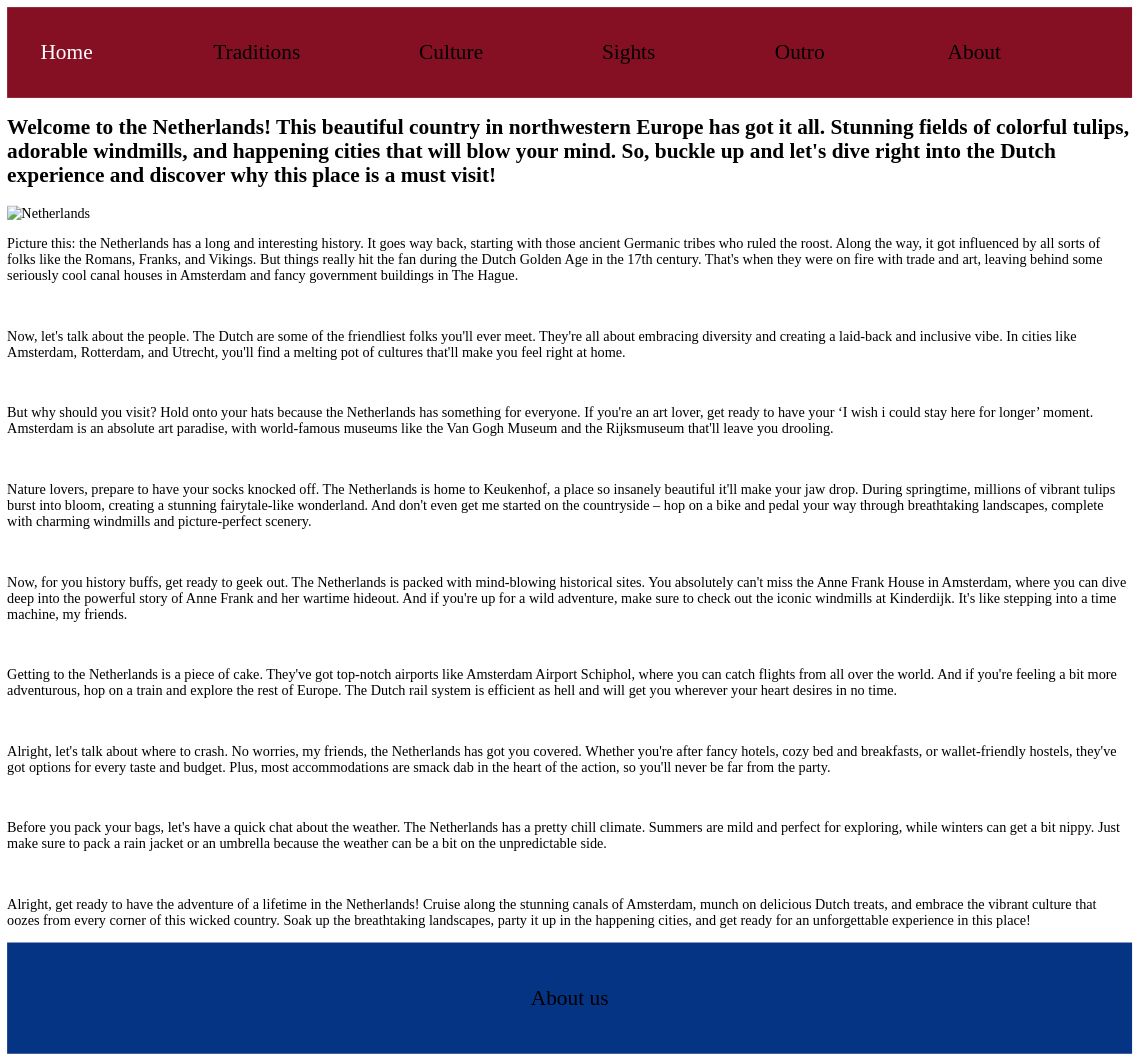
Repository: Cornman63/The-netherlands
Page: html/index.html
These files come from the project's save history. The page is drawn as it stood at one moment and after the next save; the edit follows.
The browser window is 1280 px wide. The pictures show the whole page, at 89% of full size.

Above is the page before, as saved 2023-05-26 12:41:31.

After the next save:
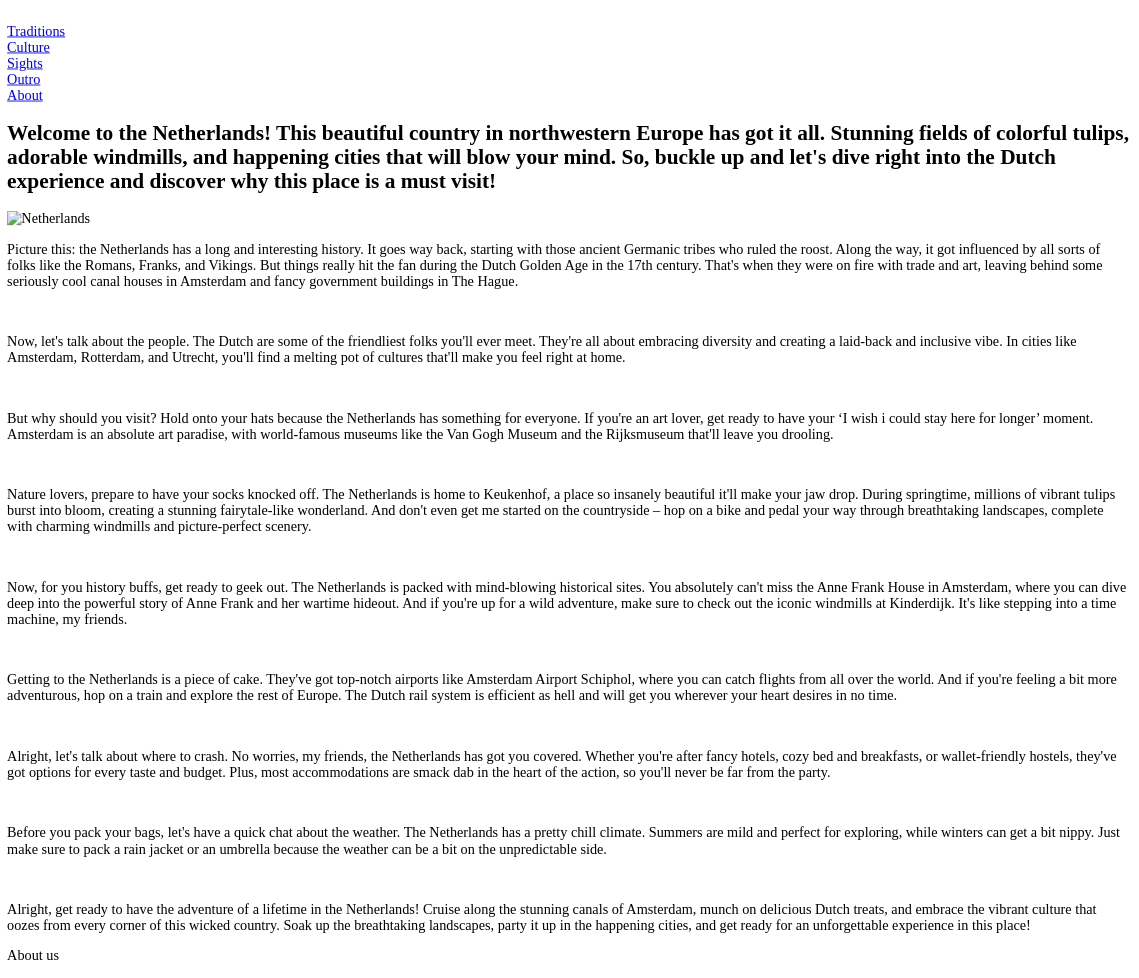
Not found: html/CSS/homepage.css
Saved 119 s later.
--- a/html/index.html
+++ b/html/index.html
@@ -4,7 +4,7 @@
     <meta charset="UTF-8">
     <meta http-equiv="X-UA-Compatible" content="IE=edge">
     <meta name="viewport" content="width=device-width, initial-scale=1.0">
-    <link rel="stylesheet" href="CSS\style.css">
+    <link rel="stylesheet" href=CSS\homepage.css>
     <title>Visit the Netherlands</title>
 
 </head>

After the save that followed:
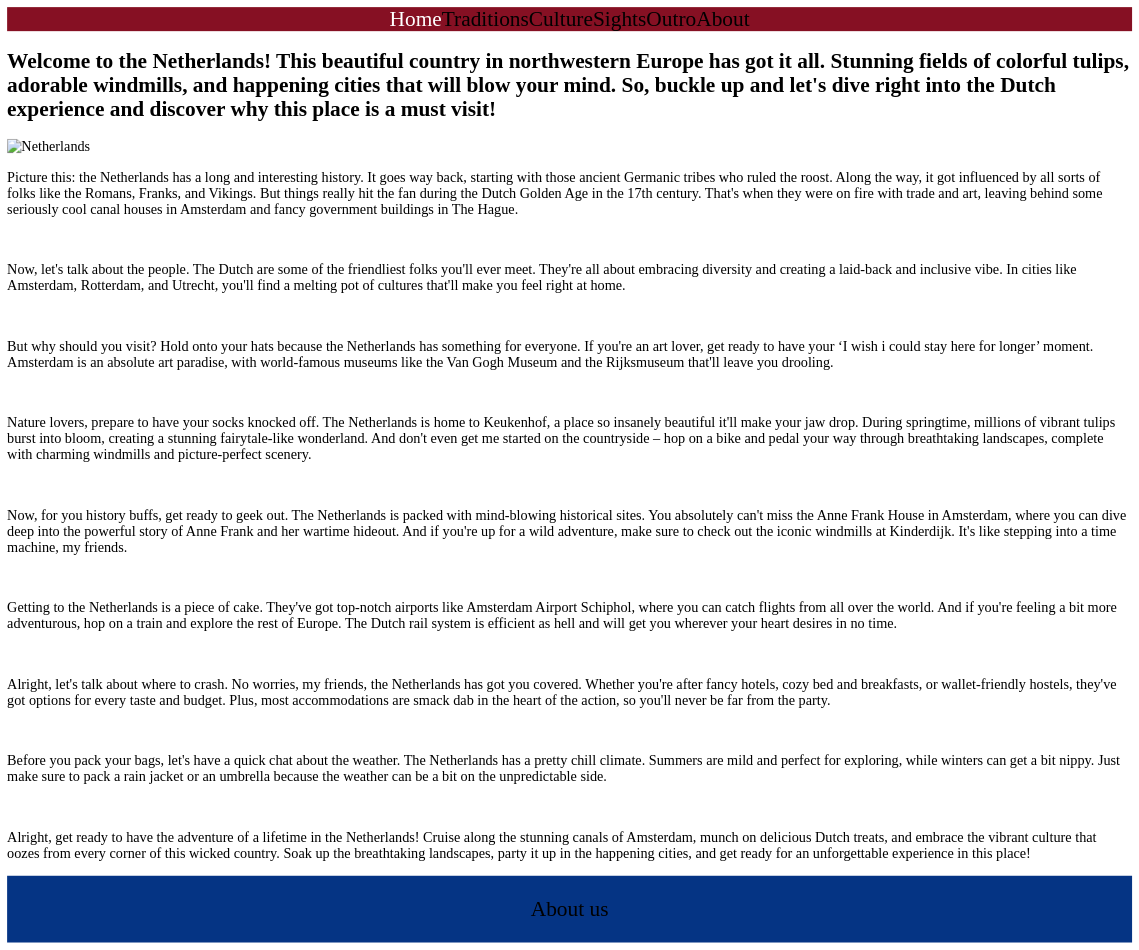
Saved 26 s later.
--- a/html/index.html
+++ b/html/index.html
@@ -4,7 +4,7 @@
     <meta charset="UTF-8">
     <meta http-equiv="X-UA-Compatible" content="IE=edge">
     <meta name="viewport" content="width=device-width, initial-scale=1.0">
-    <link rel="stylesheet" href=CSS\homepage.css>
+    <link rel="stylesheet" href=CSS\style2.css>
     <title>Visit the Netherlands</title>
 
 </head>
